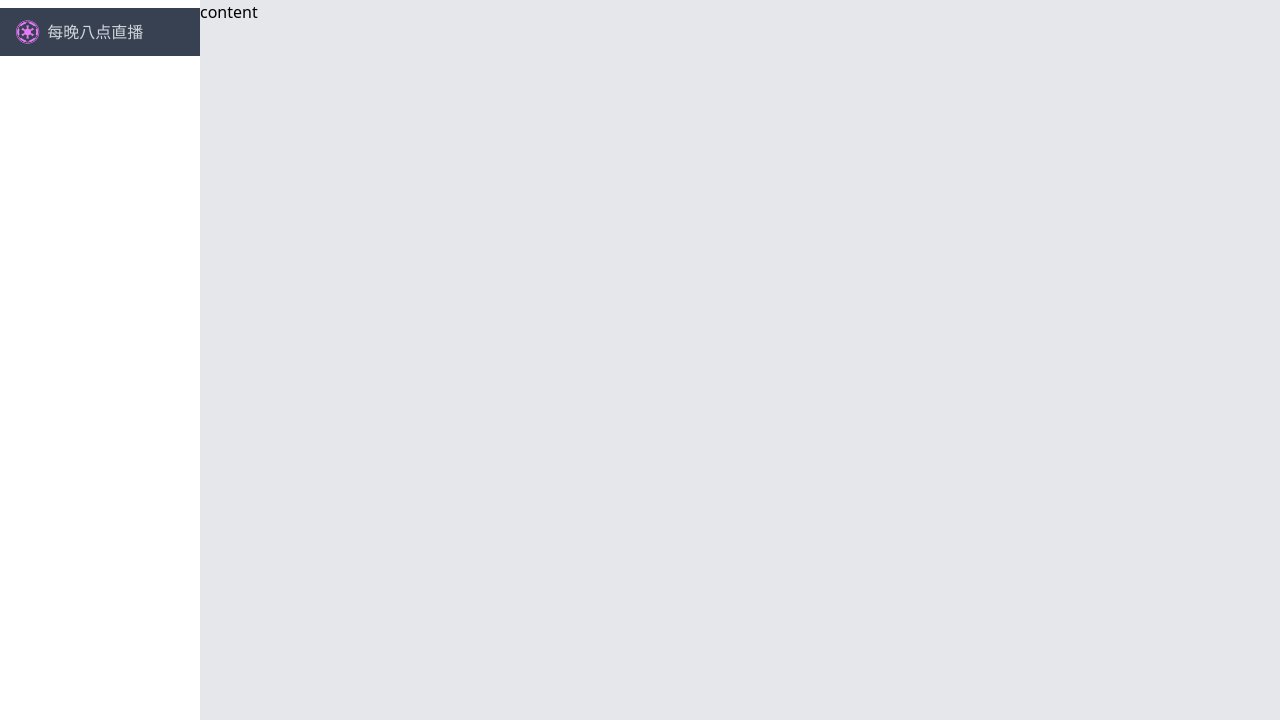
Repository: liangyingbo/vite-vue-TS
Page: /#/admin/home
These files come from the project's save history. The page is drawn as it stood at one moment and after the next save; the edit follows.
The browser window is 1280 px wide. The pictures show the whole page.
The project was rebuilt for these pictures with package versions that can differ from the ones it lists, and the page was loaded fresh each time. Also part of the build but not shown: vite.config.ts, src/components/form/HdButton.vue, src/components/form/HdInput.vue, src/components/form/hdLink.vue, src/styles/global.scss.

Above is the page before, as saved 2022-11-18 19:33:14.

### index.html
<!DOCTYPE html>
<html lang="en">
  <head>
    <meta charset="UTF-8" />
    <link rel="icon" type="image/svg+xml" href="/vite.svg" />
    <meta name="viewport" content="width=device-width, initial-scale=1.0" />
    <link href="https://cdn.bootcdn.net/ajax/libs/font-awesome/6.2.0/css/all.css" rel="stylesheet">
    <title>Vite + Vue + TS</title>
  </head>
  <body>
    <div id="app"></div>
    <script type="module" src="/src/main.ts"></script>
  </body>
</html>

### src/main.ts
import { createApp } from 'vue'
import router, { setupRouter } from '@/router'
import { setupPlugins } from '@/plugins'
import '@/styles/global.scss'
import App from './App.vue'

async function bootstrap() {
    const app = createApp(App)
    setupRouter(app)
    setupPlugins(app)
    await router.isReady()
    app.mount('#app')
}
bootstrap()

### src/router/index.ts
import { App } from 'vue';
import { createRouter, createWebHashHistory } from 'vue-router'
import routes from './routes';
import layoutRoutes from './autoLoad';
import guard from './guard';
const router = createRouter({
    history: createWebHashHistory(),
    routes : [...routes,...layoutRoutes]
})
export function setupRouter(app:App){

    guard(router)
    app.use(router)
}

export default router;

### src/plugins/index.ts
import { App } from "vue";
import { setupTailWindCssPlugin } from "./tailwindcss";

export function setupPlugins(app: App) {
    autoRegisterComponent(app)

    setupTailWindCssPlugin()
}



function autoRegisterComponent(app: App) {
    const components = import.meta.glob('../components/form/*.vue', { eager: true })
    console.log(components)
    Object.keys(components).forEach(key => {
        const name = key.split('/').pop()?.split('.')[0] as string

        app.component(name, components[key].default)
    })
}

### src/App.vue
<script setup lang="ts">

// import {info} from '@/apis/userApi'

//const response =  info()
// console.log(response.then(res=>res.data.age))
// console.log()

 </script>

 <template>

    <router-view ></router-view>
 </template>

<style scoped>
</style>

### src/router/routes.ts
import { RouteRecordRaw } from "vue-router"
 const routes = [
    {
        path:'/home',
        name:'home',
        component:() => import("@/views/home.vue"),
    }
]  as  RouteRecordRaw[]

export default routes

### src/router/autoLoad.ts
import { RouteRecordRaw } from "vue-router";


const layout = import.meta.glob('../layouts/*.vue')
const children = import.meta.glob('../views/**/*.vue')
function getRoutes() {
    const layoutRoutes = [] as RouteRecordRaw[]
    Object.entries(layout).forEach(([file, module]) => {
        const route = getRouteByModule(file, module)
        route.children = getChildrenRoutes(route)
        layoutRoutes.push(route)
    })
    return layoutRoutes
}


// 根据布局路由匹配子路由
function getChildrenRoutes(layoutRoute: RouteRecordRaw) {
    const routes = [] as RouteRecordRaw[]
    Object.entries(children).forEach(([file, module]) => {
        if (file.includes(`../views/${layoutRoute.name as string}`)) {
            const route = getRouteByModule(file, module)
            routes.push(route)
        }
    })
    return routes
}

function getRouteByModule(file: string, module: () => Promise<unknown>) {
    const name = file.replace(/.+layouts\/|.+views\/|\.vue/gi, '')
    const route = {
        name: name.replace('/', '.'),
        path: `/${name}`,
        component: module
    } as RouteRecordRaw

    return route
}
export default getRoutes()

### src/router/guard.ts
 import { RouteLocationNormalized, Router } from "vue-router"


class Guard {
    constructor(private router: Router) { }

    public run() {
          this.router.beforeEach((to,from) =>{
            console.log(to)
             if(!this.isLogin(to)) return {name:'auth.login'}


          })
    }

    private isLogin(route:RouteLocationNormalized){
        // console.log(route.meta)
        console.log(route.meta)
        return true
    }
}

export default (router: Router) => {
    new Guard(router).run()
}

### src/plugins/tailwindcss/index.ts
import './tailwindcss.css'

export function setupTailWindCssPlugin(){

}

### src/layouts/admin.vue
<template>
    <div>
         <router-view></router-view>
    </div>
</template>
<script lang="ts" setup>
import routes from "@/router/routes";


</script>

<script lang="ts">
export default {
    route:{meta:{auth:true}}
}
</script>

<style lang="scss" scoped>

</style>

### src/views/admin/home.vue
<template>
    <div class="w-screen h-screen flex ">
        <div class="w-[200px] py-2">
             <div class="text-white bg-gray-700 flex items-center py-2 px-4">
                <i class="fab fa-empire text-2xl text-fuchsia-400 mr-2"></i>
                <span class="text-base text-gray-300">每晚八点直播</span>
             </div>
        </div>
        <div class="bg-gray-200 flex-1">
            content
        </div>
    </div>
</template>

<script lang="ts" setup></script>

<style lang="scss" scoped>

</style>

Loaded but not shown: src/plugins/tailwindcss/tailwindcss.css (common file); tailwind.config.cjs (common file)

After the next save:
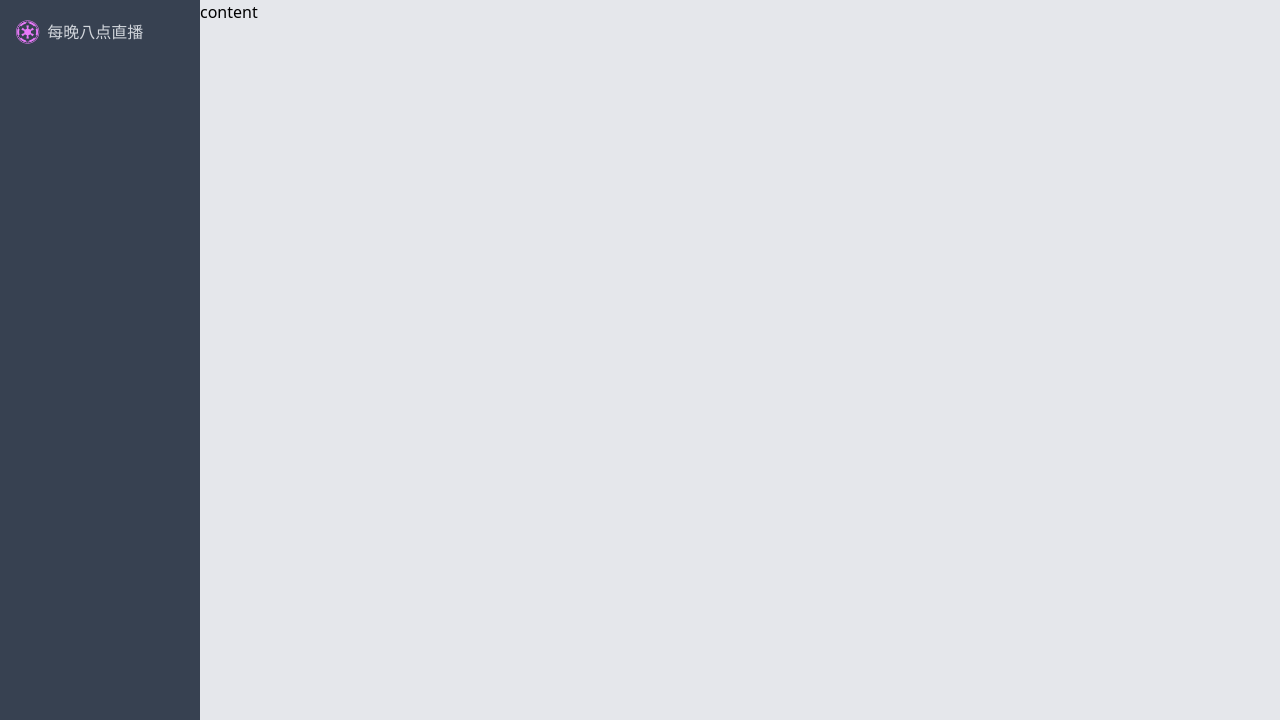
Saved 16 s later.
--- a/src/views/admin/home.vue
+++ b/src/views/admin/home.vue
@@ -1,7 +1,7 @@
 <template>
     <div class="w-screen h-screen flex ">
-        <div class="w-[200px] py-2">
-             <div class="text-white bg-gray-700 flex items-center py-2 px-4">
+        <div class="w-[200px] py-2 bg-gray-700">
+             <div class="text-white  flex items-center py-2 px-4">
                 <i class="fab fa-empire text-2xl text-fuchsia-400 mr-2"></i>
                 <span class="text-base text-gray-300">每晚八点直播</span>
              </div>
